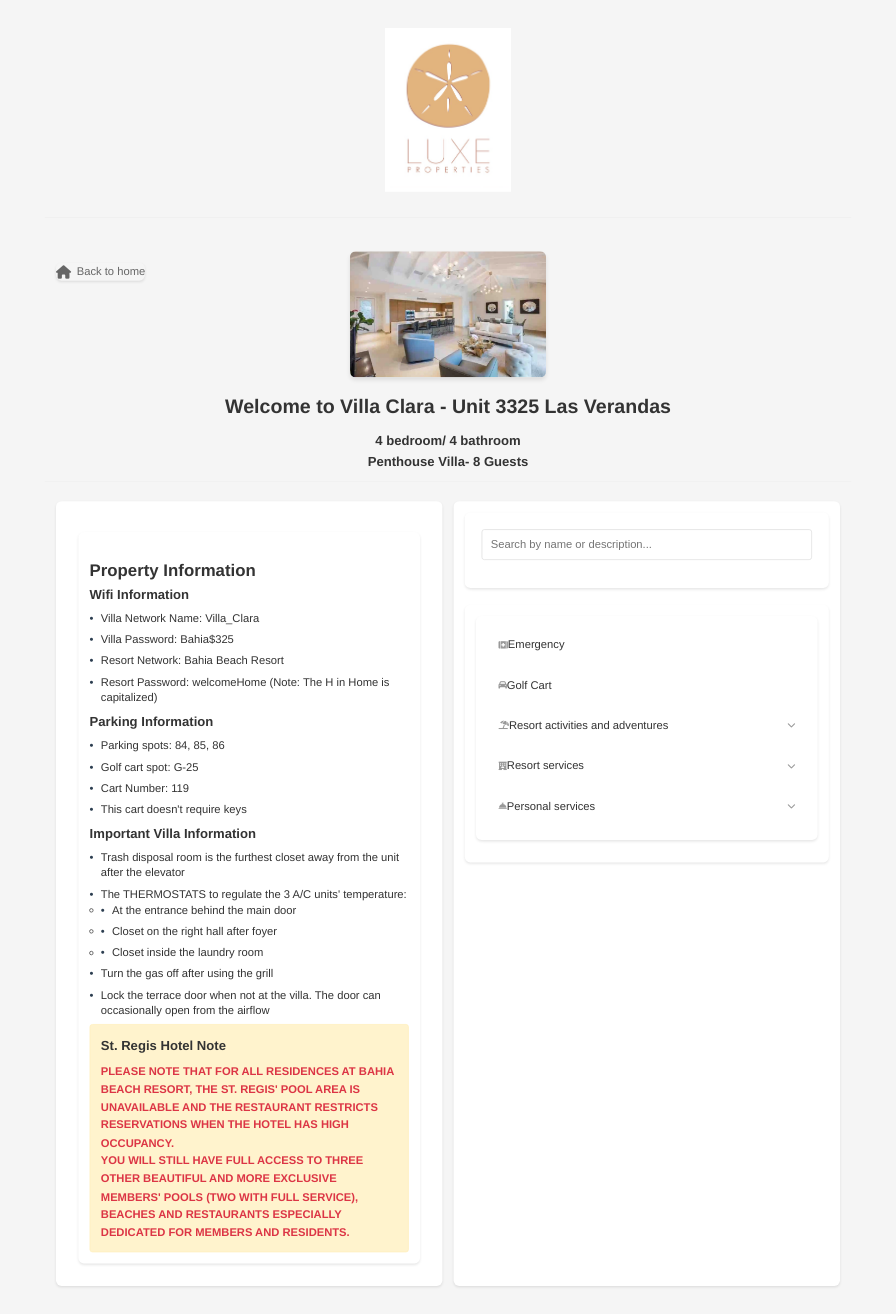
Repository: chvg1968/luxephonebook
Page: public/pages/villaclara.html
These files come from the project's save history. The page is drawn as it stood at one moment and after the next save; the edit follows.
The browser window is 1280 px wide. The pictures show the whole page, at 70% of full size.

Above is the page before, as saved 2025-01-24 00:02:57.
Console error: TypeError: this.updateResults is not a function

### public/pages/villaclara.html
<!DOCTYPE html>
<html lang="en">
<head>
    <meta charset="UTF-8">
    <meta name="viewport" content="width=device-width, initial-scale=1.0">
    <title>Luxe Properties - Villa Clara</title>
    <link rel="stylesheet" href="/public/assets/styles/main.css">
    <link rel="stylesheet" href="/public/assets/styles/components/accordion.css">
    <link rel="stylesheet" href="/public/assets/styles/components/category-tree.css">
    <link rel="stylesheet" href="/public/assets/styles/components/card.css">
    <link rel="stylesheet" href="/public/assets/styles/components/modal.css">
    <link rel="stylesheet" href="https://cdnjs.cloudflare.com/ajax/libs/font-awesome/6.0.0/css/all.min.css">
</head>
<body>
    <div class="container">
        <header class="main-header">
            <div class="logo-container">
                <img src="/public/assets/images/logo.png" alt="Luxe Properties Logo" class="logo">
            </div>
        </header>

        <main>
            <div class="property-welcome">
                <img src="/public/assets/images/properties/villaclara/Villa Clara.jpg" alt="Villa Clara" class="property-image">
                <h1 id="propertyTitle">Welcome to Villa Clara - Unit 3325 Las Verandas</h1>
                <h3>4 bedroom/ 4 bathroom </h3>
                <h3>Penthouse Villa- 8 Guests</h3>
                <a href="/index.html" class="back-to-home">
                    <i class="fas fa-home"></i>
                    <span>Back to home</span>
                </a>
            </div>

            <div class="two-column-layout">
                <!-- Columna de información de la propiedad -->
                <div class="property-column">
                    <div class="property-hero">
                        <div class="property-info">
                            <div class="info-section">
                                <h2>Property Information</h2>
                                <div class="info-group">
                                    <h3>Wifi Information</h3>
                                    <ul class="info-list">
                                        <li>Villa Network Name: Villa_Clara</li>
                                        <li>Villa Password: Bahia$325</li>
                                        <li>Resort Network: Bahia Beach Resort</li>
                                        <li>Resort Password: welcomeHome (Note: The H in Home is capitalized)</li>
                                    </ul>
                                </div>

                                <div class="info-group">
                                    <h3>Parking Information</h3>
                                    <ul class="info-list">
                                        <li>Parking spots: 84, 85, 86</li>
                                        <li>Golf cart spot: G-25</li>
                                        <li>Cart Number: 119</li>
                                        <li>This cart doesn't require keys</li>
                                    </ul>
                                </div>

                                <div class="info-group">
                                    <h3>Important Villa Information</h3>
                                    <ul class="info-list">
                                        <li>Trash disposal room is the furthest closet away from the unit after the elevator</li>
                                        <li>The THERMOSTATS to regulate the 3 A/C units' temperature:
                                            <ul>
                                                <li>At the entrance behind the main door</li>
                                                <li>Closet on the right hall after foyer</li>
                                                <li>Closet inside the laundry room</li>
                                            </ul>
                                        </li>
                                        <li>Turn the gas off after using the grill</li>
                                        <li>Lock the terrace door when not at the villa. The door can occasionally open from the airflow</li>
                                    </ul>
                                </div>

                                <div class="info-group warning">
                                    <h3>St. Regis Hotel Note</h3>
                                    <p>PLEASE NOTE THAT FOR ALL RESIDENCES AT BAHIA BEACH RESORT, THE ST. REGIS' POOL AREA IS UNAVAILABLE AND THE RESTAURANT RESTRICTS RESERVATIONS WHEN THE HOTEL HAS HIGH OCCUPANCY.</p>
                                    <p>YOU WILL STILL HAVE FULL ACCESS TO THREE OTHER BEAUTIFUL AND MORE EXCLUSIVE MEMBERS' POOLS (TWO WITH FULL SERVICE), BEACHES AND RESTAURANTS ESPECIALLY DEDICATED FOR MEMBERS AND RESIDENTS.</p>
                                </div>
                            </div>
                        </div>
                    </div>
                </div>

                <!-- Columna de búsqueda y categorías -->
                <div class="search-column">
                    <section class="search-section">
                        <div class="search-box">
                            <input
                                type="text"
                                id="searchInput"
                                class="search-input"
                                placeholder="Search by name or description..."
                                aria-label="Search contacts"
                            >
                        </div>
                        <div id="stats" class="stats"></div>
                    </section>

                    <!-- Árbol de categorías -->
                    <div id="categoryTree" class="category-tree"></div>

                    <div id="resultsContainer" class="results"></div>
                </div>
            </div>
        </main>
    </div>

    <script type="module" src="/public/js/property.js"></script>
</body>
</html>

### public/assets/styles/components/accordion.css
.accordion {
    width: 100%;
    max-width: 1200px;
    margin: 2rem auto;
}

.accordion-item {
    margin-bottom: 1rem;
    border-radius: 8px;
    overflow: hidden;
    box-shadow: 0 2px 4px rgba(0, 0, 0, 0.1);
}

.accordion-header {
    background-color: #fff;
    padding: 1rem;
    cursor: pointer;
    display: flex;
    align-items: center;
    transition: background-color 0.3s ease;
}

.accordion-header:hover {
    background-color: #f8f9fa;
}

.accordion-header img {
    width: 100px;
    height: 70px;
    object-fit: cover;
    margin-right: 1rem;
    border-radius: 4px;
}

.accordion-header h2 {
    margin: 0;
    font-size: 1.25rem;
    color: #333;
}

.accordion-content {
    max-height: 0;
    overflow: hidden;
    transition: max-height 0.3s ease-out;
    background-color: #fff;
}

.accordion-content.active {
    max-height: 1000px;
}

.property-hero {
    padding: 1rem;
}

.property-info {
    margin-top: 0.75rem;
}

.property-info h3 {
    color: #333;
    margin-bottom: 0.5rem;
}

.info-section {
    margin-bottom: 1rem;
}

.info-section:last-child {
    margin-bottom: 0;
}

.info-section h3 {
    margin-bottom: 0.5rem;
    color: #333;
}

.info-list {
    list-style: none;
    padding: 0;
    margin: 0;
}

.info-list li {
    margin-bottom: 0.5rem;
    line-height: 1.4;
}

.warning {
    color: #dc3545;
    font-weight: bold;
}

.property-welcome {
    text-align: center;
    margin: 0.75rem 0;
    position: relative;
    padding: 0.75rem;
    border-bottom: 1px solid #eee;
}

.property-image {
    width: 280px;
    height: 180px;
    object-fit: cover;
    border-radius: 8px;
    margin-bottom: 0.75rem;
    box-shadow: 0 4px 6px rgba(0, 0, 0, 0.1);
}

.back-to-home {
    display: flex;
    align-items: center;
    justify-content: center;
    gap: 0.5rem;
    color: #666;
    text-decoration: none;
    font-size: 1rem;
    margin-top: 0.75rem;
    transition: color 0.3s ease;
}

.back-to-home:hover {
    color: #333;
}

.back-to-home i {
    font-size: 1.2rem;
}

/* Header styles */
.main-header {
    text-align: center;
    padding: 1rem;
    margin-bottom: 0.75rem;
    border-bottom: 1px solid #eee;
}

.logo-container {
    margin-bottom: 0.75rem;
}

.logo {
    max-width: 180px;
    height: auto;
}

.welcome-title {
    font-size: 2rem;
    color: #333;
    margin-bottom: 0.5rem;
}

.welcome-subtitle {
    font-size: 1.25rem;
    color: #666;
    margin-bottom: 2rem;
}

.two-column-layout {
    display: grid;
    grid-template-columns: 1fr 1fr;
    gap: 1rem;
    padding: 1rem;
    max-width: 1400px;
    margin: 0 auto;
}

.property-column,
.search-column {
    background: #fff;
    padding: 1rem;
    border-radius: 8px;
    box-shadow: 0 2px 4px rgba(0, 0, 0, 0.1);
}

.search-section {
    margin-bottom: 1rem;
}

.search-box {
    display: flex;
    flex-direction: column;
    gap: 0.75rem;
    margin-bottom: 0.75rem;
}

.search-input,
.category-select {
    padding: 0.75rem;
    border: 1px solid #ddd;
    border-radius: 4px;
    font-size: 1rem;
}

.results {
    margin-top: 2rem;
}

#propertyTitle {
    margin-bottom: 0.75rem;
    color: #333;
    font-size: 1.75rem;
}

main {
    padding-top: 0.75rem;
}

@media (max-width: 768px) {
    .two-column-layout {
        grid-template-columns: 1fr;
    }

    .property-column,
    .search-column {
        padding: 1rem;
    }
}

### public/assets/styles/components/category-tree.css
.category-tree {
    background: #fff;
    border-radius: 8px;
    box-shadow: 0 2px 4px rgba(0, 0, 0, 0.1);
    overflow: visible;
    margin-bottom: 1rem;
    position: relative;
    z-index: 20;
    padding: 1rem;
}

.category-section {
    margin-bottom: 0.5rem;
}

.category-header {
    display: flex;
    align-items: center;
    padding: 0.75rem 1rem;
    cursor: pointer;
    transition: all 0.3s ease;
    position: relative;
    background: #fff;
    z-index: 2;
    justify-content: space-between;
}

.category-header:hover {
    background-color: #f8f9fa;
}

.category-header span {
    flex: 1;
    font-weight: 500;
    color: #333;
}

.category-header i {
    font-size: 0.75rem;
    color: #999;
    transition: transform 0.3s ease;
}

.category-list {
    max-height: 0;
    overflow: hidden;
    transition: max-height 0.3s ease-out;
    background: #f8f9fa;
}

.category-list.collapsed {
    max-height: 0;
}

.category-list:not(.collapsed) {
    max-height: 500px;
}

.category-item {
    padding: 0.5rem 1rem 0.5rem 2rem;
    cursor: pointer;
    transition: background-color 0.2s ease;
}

.category-item:hover {
    background-color: #edf2f7;
}

/* Estilos para elementos seleccionados */
.category-header.selected,
.category-item.selected {
    background-color: #e2e8f0;
    font-weight: 600;
}

/* Rotación del icono cuando está expandido */
.category-header i.fa-chevron-up {
    transform: rotate(180deg);
}

/* Responsividad */
@media (max-width: 768px) {
    .category-tree {
        margin: 0.5rem;
        padding: 0.5rem;
    }

    .category-header,
    .category-item {
        padding: 0.5rem;
    }

    .category-item {
        padding-left: 2rem;
    }
}

### public/assets/styles/components/card.css
/* card.css */
.card {
    background: #fff;
    border-radius: 8px;
    box-shadow: 0 2px 4px rgba(0, 0, 0, 0.1);
    margin-bottom: 1rem;
    transition: transform 0.2s ease, box-shadow 0.2s ease;
}

.card:hover {
    transform: translateY(-2px);
    box-shadow: 0 4px 8px rgba(0, 0, 0, 0.15);
}

.card-header {
    padding: 1rem;
    border-bottom: 1px solid #eee;
}

.card-header h3 {
    margin: 0;
    color: #2d3748;
    font-size: 1.1rem;
    font-weight: 600;
}

.card-body {
    padding: 1rem;
}

.contact-info {
    display: flex;
    align-items: center;
    margin-bottom: 0.5rem;
    gap: 0.5rem;
}

.contact-info i {
    color: #4a5568;
    width: 20px;
    text-align: center;
}

.contact-info a {
    color: #4299e1;
    text-decoration: none;
    transition: color 0.2s ease;
}

.contact-info a:hover {
    color: #2b6cb0;
    text-decoration: underline;
}

.description {
    margin-top: 0.75rem;
    color: #4a5568;
    font-size: 0.9rem;
    line-height: 1.4;
}

.tags {
    display: flex;
    flex-wrap: wrap;
    gap: 0.5rem;
    margin-top: 0.75rem;
}

.tag {
    font-size: 0.8rem;
    padding: 0.25rem 0.5rem;
    border-radius: 4px;
    background: #edf2f7;
    color: #4a5568;
}

.tag.category {
    background: #ebf4ff;
    color: #2b6cb0;
}

.tag.section {
    background: #f0fff4;
    color: #2f855a;
}

.info-link {
    color: #007bff;
    text-decoration: none;
    margin-left: 5px;
    cursor: pointer;
}

.info-link:hover {
    text-decoration: underline;
    color: #0056b3;
}

/* Estilos para la modal */
.modal {
    display: none;
    position: fixed;
    z-index: 1000;
    left: 0;
    top: 0;
    width: 100%;
    height: 100%;
    background-color: rgba(0,0,0,0.5);
}

.modal-content {
    background-color: #fefefe;
    margin: 15% auto;
    padding: 20px;
    border: 1px solid #888;
    width: 80%;
    max-width: 600px;
    border-radius: 8px;
    max-height: 80vh;
    overflow-y: auto;
}

.close {
    color: #aaa;
    float: right;
    font-size: 28px;
    font-weight: bold;
    cursor: pointer;
}

.close:hover {
    color: #000;
}

.info-section {
    margin: 20px 0;
}

.warning {
    background-color: #fff3cd;
    border: 1px solid #ffeeba;
    padding: 15px;
    border-radius: 4px;
}

.warning-text {
    color: #856404;
    font-weight: bold;
    margin-top: 10px;
}

/* Responsive styles */
@media (max-width: 768px) {
    .card {
        margin: 0.5rem;
    }

    .card-header h3 {
        font-size: 1rem;
    }

    .contact-info {
        font-size: 0.9rem;
    }
}

/* search.css */
.search-section {
    background-color: var(--card-background);
    padding: var(--spacing-lg);
    border-radius: var(--border-radius);
    margin-bottom: var(--spacing-lg);
    box-shadow: var(--shadow-sm);
}

.search-box {
    display: flex;
    gap: var(--spacing-md);
    margin-bottom: var(--spacing-md);
}

/* header.css */
header {
    background-color: transparent;
    padding: var(--spacing-md);
    text-align: center;
    margin-bottom: var(--spacing-lg);
}

### public/assets/styles/components/modal.css
.modal {
    display: none;
    position: fixed;
    z-index: 1000;
    left: 0;
    top: 0;
    width: 100%;
    height: 100%;
    background-color: rgba(0,0,0,0.5);
    /* Centrado con flexbox */
    justify-content: center;
    align-items: center;
}

.modal-content {
    background-color: #fefefe;
    padding: 2rem;
    border: 1px solid #888;
    width: 90%;
    max-width: 600px;
    border-radius: 8px;
    max-height: 80vh;
    overflow-y: auto;
    /* Quitar margin y usar flexbox del padre */
    margin: 0;
    position: relative;
    /* Sombra suave */
    box-shadow: 0 4px 6px rgba(0, 0, 0, 0.1);
}

.close {
    position: absolute;
    right: 1rem;
    top: 1rem;
    color: #aaa;
    font-size: 28px;
    font-weight: bold;
    cursor: pointer;
    line-height: 1;
}

.close:hover {
    color: #000;
}

.info-section {
    margin: 20px 0;
}

.warning {
    background-color: #fff3cd;
    border: 1px solid #ffeeba;
    padding: 15px;
    border-radius: 4px;
}

.warning-text {
    color: #856404;
    font-weight: bold;
    margin-top: 10px;
}

/* Asegurar que la modal se muestre correctamente */
.modal.show {
    display: flex;
}

Loaded but not shown: public/js/data/contacts.js (1100 lines, source omitted); public/js/components/CategoryTree.js (207 lines, source omitted); public/js/property.js (191 lines, source omitted); public/js/data/categories.js (172 lines, source omitted); public/js/utils/filters.js (82 lines, source omitted); public/js/components/Card.js (109 lines, source omitted); public/js/components/ScrollToTop.js (92 lines, source omitted); public/js/components/Modal.js (69 lines, source omitted); public/js/components/SearchBar.js (56 lines, source omitted); public/assets/styles/main.css (410 lines, source omitted)

After the next save:
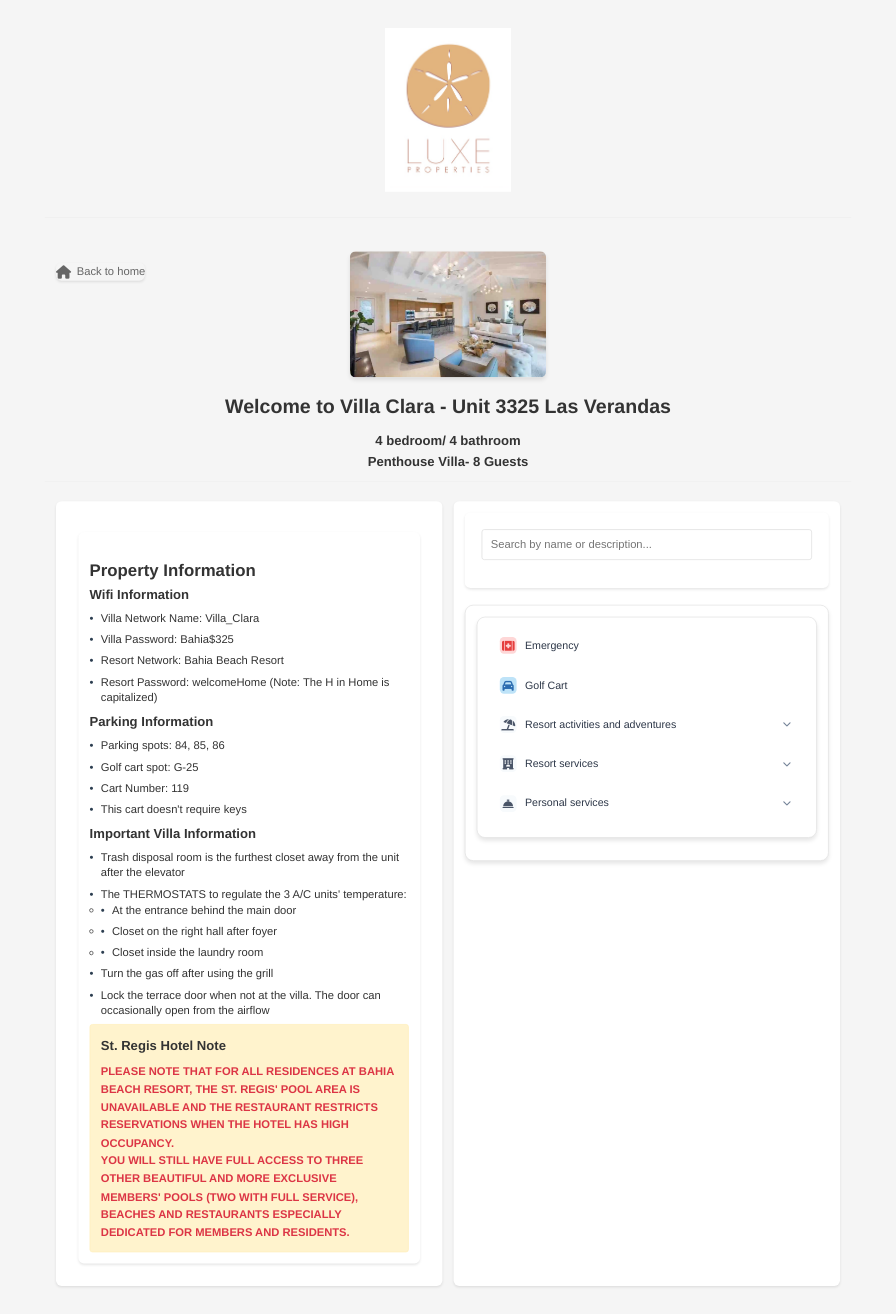
Saved 7 s later.
--- a/public/assets/styles/components/category-tree.css
+++ b/public/assets/styles/components/category-tree.css
@@ -1,16 +1,22 @@
 .category-tree {
     background: #fff;
-    border-radius: 8px;
-    box-shadow: 0 2px 4px rgba(0, 0, 0, 0.1);
+    border-radius: 12px;
+    box-shadow: 0 4px 6px rgba(0, 0, 0, 0.1);
     overflow: visible;
     margin-bottom: 1rem;
     position: relative;
     z-index: 20;
     padding: 1rem;
+    border: 1px solid #e1e1e1;
 }
 
 .category-section {
     margin-bottom: 0.5rem;
+    transition: all 0.3s ease;
+}
+
+.category-section:hover {
+    transform: translateX(4px);
 }
 
 .category-header {
@@ -22,30 +28,59 @@
     position: relative;
     background: #fff;
     z-index: 2;
-    justify-content: space-between;
+    border-radius: 8px;
+    gap: 12px;
 }
 
 .category-header:hover {
     background-color: #f8f9fa;
+    box-shadow: 0 2px 4px rgba(0, 0, 0, 0.05);
+}
+
+.category-header i:first-child {
+    font-size: 1rem;
+    width: 24px;
+    height: 24px;
+    display: flex;
+    align-items: center;
+    justify-content: center;
+    color: #4a5568;
+    background: #f7fafc;
+    border-radius: 6px;
+    transition: all 0.3s ease;
+}
+
+.category-header:hover i:first-child {
+    color: #2b6cb0;
+    transform: scale(1.1);
+    background: #ebf8ff;
 }
 
 .category-header span {
     flex: 1;
     font-weight: 500;
-    color: #333;
+    color: #2d3748;
+    font-size: 0.95rem;
 }
 
-.category-header i {
+.category-header .toggle-icon {
     font-size: 0.75rem;
-    color: #999;
+    color: #718096;
     transition: transform 0.3s ease;
+    width: 20px;
+    height: 20px;
+    display: flex;
+    align-items: center;
+    justify-content: center;
 }
 
 .category-list {
     max-height: 0;
     overflow: hidden;
-    transition: max-height 0.3s ease-out;
+    transition: all 0.3s cubic-bezier(0.4, 0, 0.2, 1);
     background: #f8f9fa;
+    margin-left: 1rem;
+    border-left: 2px solid #e2e8f0;
 }
 
 .category-list.collapsed {
@@ -54,28 +89,81 @@
 
 .category-list:not(.collapsed) {
     max-height: 500px;
+    margin-top: 0.5rem;
+    margin-bottom: 0.5rem;
 }
 
 .category-item {
-    padding: 0.5rem 1rem 0.5rem 2rem;
+    padding: 0.625rem 1rem;
     cursor: pointer;
-    transition: background-color 0.2s ease;
+    transition: all 0.2s ease;
+    display: flex;
+    align-items: center;
+    gap: 12px;
+    margin: 0.25rem 0;
+    border-radius: 6px;
+    margin-right: 0.5rem;
+}
+
+.category-item i {
+    font-size: 0.875rem;
+    width: 20px;
+    height: 20px;
+    display: flex;
+    align-items: center;
+    justify-content: center;
+    color: #718096;
+    transition: all 0.2s ease;
+}
+
+.category-item span {
+    font-size: 0.875rem;
+    color: #4a5568;
 }
 
 .category-item:hover {
     background-color: #edf2f7;
+    transform: translateX(4px);
+}
+
+.category-item:hover i {
+    color: #2b6cb0;
 }
 
 /* Estilos para elementos seleccionados */
 .category-header.selected,
 .category-item.selected {
-    background-color: #e2e8f0;
+    background-color: #ebf8ff;
     font-weight: 600;
+    color: #2b6cb0;
 }
 
-/* Rotación del icono cuando está expandido */
-.category-header i.fa-chevron-up {
+.category-header.selected i:first-child,
+.category-item.selected i {
+    color: #2b6cb0;
+    background: #bee3f8;
+}
+
+/* Animación para el icono de toggle */
+.category-header .fa-chevron-up {
     transform: rotate(180deg);
+}
+
+/* Efecto de hover para toda la sección */
+.category-section:hover > .category-header {
+    background-color: #f7fafc;
+}
+
+/* Estilo especial para Emergency */
+.category-header[data-category="Emergency"] i:first-child {
+    color: #e53e3e;
+    background: #fed7d7;
+}
+
+/* Estilo especial para Golf Cart */
+.category-header[data-category="Golf Cart"] i:first-child {
+    color: #2b6cb0;
+    background: #bee3f8;
 }
 
 /* Responsividad */
